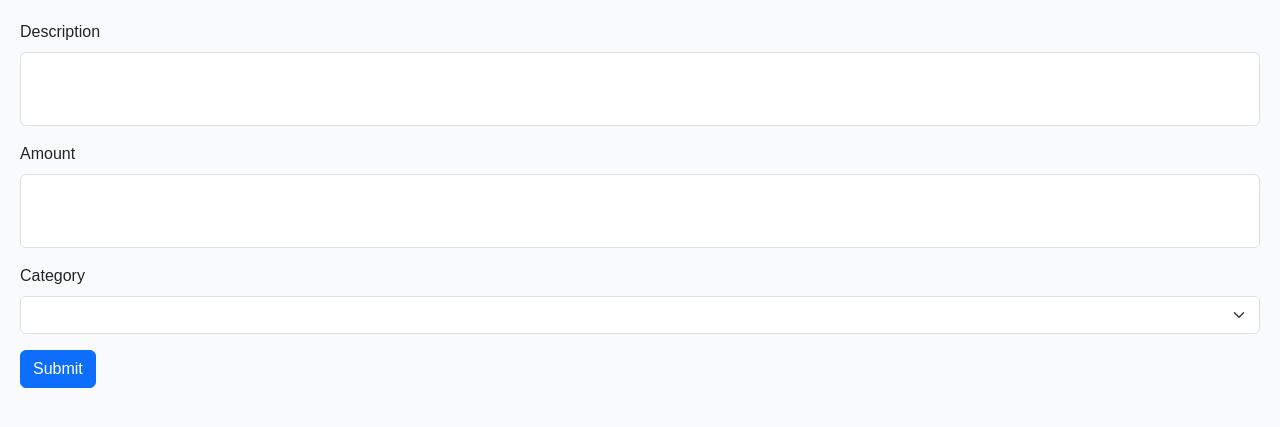
Repository: ahmad-dev7/TrendWear
Page: / (app in trend_wear_dashboard/)
An editor plug-in stored every save of this project. The page is shown before and after the next save, followed by the edit.
The browser window is 1280 px wide. The pictures show the whole page.
The project was rebuilt for these pictures with package versions that can differ from the ones it lists, and the page was loaded fresh each time. Also part of the build but not shown: trend_wear_dashboard/vite.config.ts.

Above is the page before, as saved 2025-01-21 03:14:49.

After the next save:
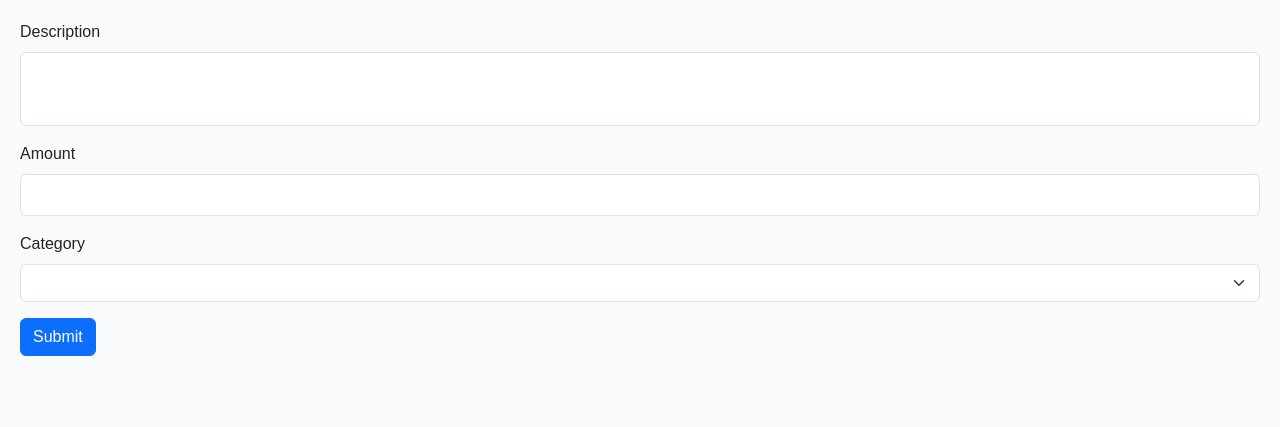
Saved 9 s later.
--- a/trend_wear_dashboard/src/Form.tsx
+++ b/trend_wear_dashboard/src/Form.tsx
@@ -27,7 +27,7 @@ const Form = () => {
           {...register("amount")}
           id="amount"
           type="text"
-          className="form-control p-4"
+          className="form-control p-2"
         />
       </div>
       <div className="mb-3">
